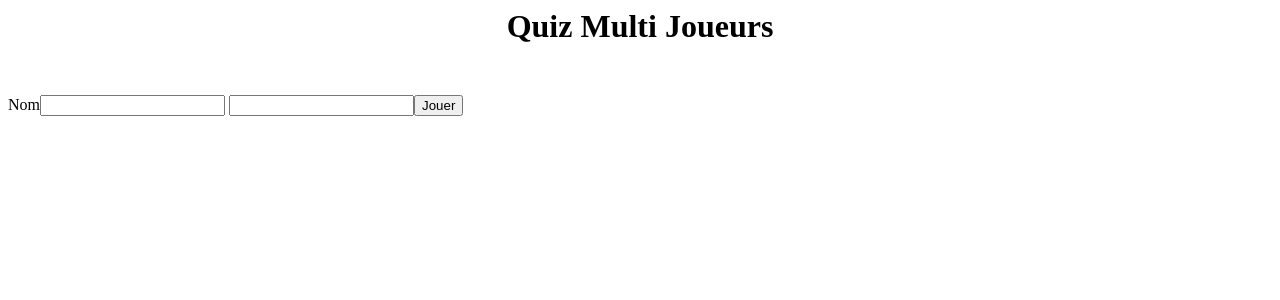
Repository: Serge-D/jeu_mj
Page: http://localhost/
These files come from the project's save history. The page is drawn as it stood at one moment and after the next save; the edit follows.
The browser window is 1280 px wide. The pictures show the whole page.
The page is served by the project's Node server (server.js).

Above is the page before, as saved 2020-02-06 13:55:00.

### views/home.pug
include includes/head.pug



#formulaire
form(action='' method='get')
    label(for='name') Nom
    input#nameJ1(type='text' name='name')
    label(for='mdp')
    input#mdp(type='password' name= 'mdp')
    input(type='submit' value='Jouer')

### views/includes/head.pug
doctype html
head
  meta(charset='UTF-8')
  link(rel='stylesheet' href='/css/jeu.css')
  title Quiz Multi joueurs
header
  h1 Quiz Multi Joueurs

### server.js
"use strict";

const express = require("express");
const session = require("express-session");
const cookieParser = require("cookie-parser");
const MongoClient = require("mongodb").MongoClient;
const app = express();

app.set("view engine", "pug");
app.use(express.static(__dirname+"/src"));


app.get("/", function(req, res){
    res.render("home");
})

app.get("/jeu", function(req, res){
    res.render("jeu");
})







app.listen(8080, function(){
    console.log("Serveur Démarré");
});

### src/css/jeu.css
/* header */

h1 {
    color: black;
    text-align: center;
    margin-block-start: 0;
}


ul {
    display: flex;
    flex-direction: row;
    justify-content: space-around;
    list-style-type: none;

}

a{
    text-decoration: none;
    font-size: 25px;
    font-family: 'Comic Sans MS',serif;
    color: black;
}

/* section */

#formulaire {
    text-align: center;
    margin-top: 50px;
}

#fenetreDeJeu {
    font-family: 'Comic Sans MS',serif;
    margin-left: auto;
    margin-right: auto;
    margin-top: 90px;
    width: 1200px;
    border: 2px solid black;
    height: 700px;
    position: relative;
}

#numQuestion {
    width: 200px;
    height: 25px;
    border: 2px solid green;
    border-radius: 10px;
    font-size: 18px;
    margin-top: 10px;
    margin-left: auto;
    margin-right: auto;
    text-align: center;
}

#theme {
    width: 350px;
    height: 28px;
    border: 2px solid green;
    border-radius: 10px;
    font-size: 22px;
    margin-top: 10px;
    margin-left: auto;
    margin-right: auto;
    text-align: center;
}

#question {
    width: 950px;
    height: 50px;
    border: 2px solid green;
    border-radius: 10px;
    font-size: 2.1em;
    margin-top: 50px;
    margin-left: auto;
    margin-right: auto;
    text-align: center;
}


#reponseA {
    width: 500px;
    height: 60px;
    border : 2px solid greenyellow;
    border-radius: 50px;
    font-size: 40px;
    margin-top: 25px;
    margin-left: auto;
    margin-right: auto;
    text-align: center;
}

#reponseB {
    width: 500px;
    height: 60px;
    border : 2px solid greenyellow;
    border-radius: 50px;
    font-size: 40px;
    margin-top: 25px;
    margin-left: auto;
    margin-right: auto;
    text-align: center;
}

#reponseC {
    width: 500px;
    height: 60px;
    border : 2px solid greenyellow;
    border-radius: 50px;
    font-size: 40px;
    margin-top: 25px;
    margin-left: auto;
    margin-right: auto;
    text-align: center;
}

#reponseD {
    width: 500px;
    height: 60px;
    border : 2px solid greenyellow;
    border-radius: 50px;
    font-size: 40px;
    margin-top: 25px;
    margin-left: auto;
    margin-right: auto;
    text-align: center;
}

#anecdote {
    width: 1100px;
    height: 50px;
    border: 2px solid blue;
    border-radius: 10px;
    margin-right: auto;
    margin-left: auto;
    margin-top: 40px;
}

After the next save:
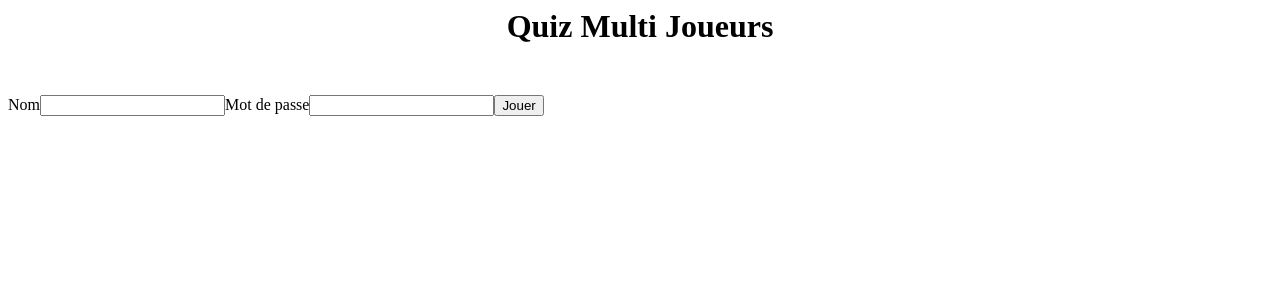
Saved 10 s later.
--- a/views/home.pug
+++ b/views/home.pug
@@ -6,6 +6,6 @@ include includes/head.pug
 form(action='' method='get')
     label(for='name') Nom
     input#nameJ1(type='text' name='name')
-    label(for='mdp')
+    label(for='mdp') Mot de passe
     input#mdp(type='password' name= 'mdp')
     input(type='submit' value='Jouer')
